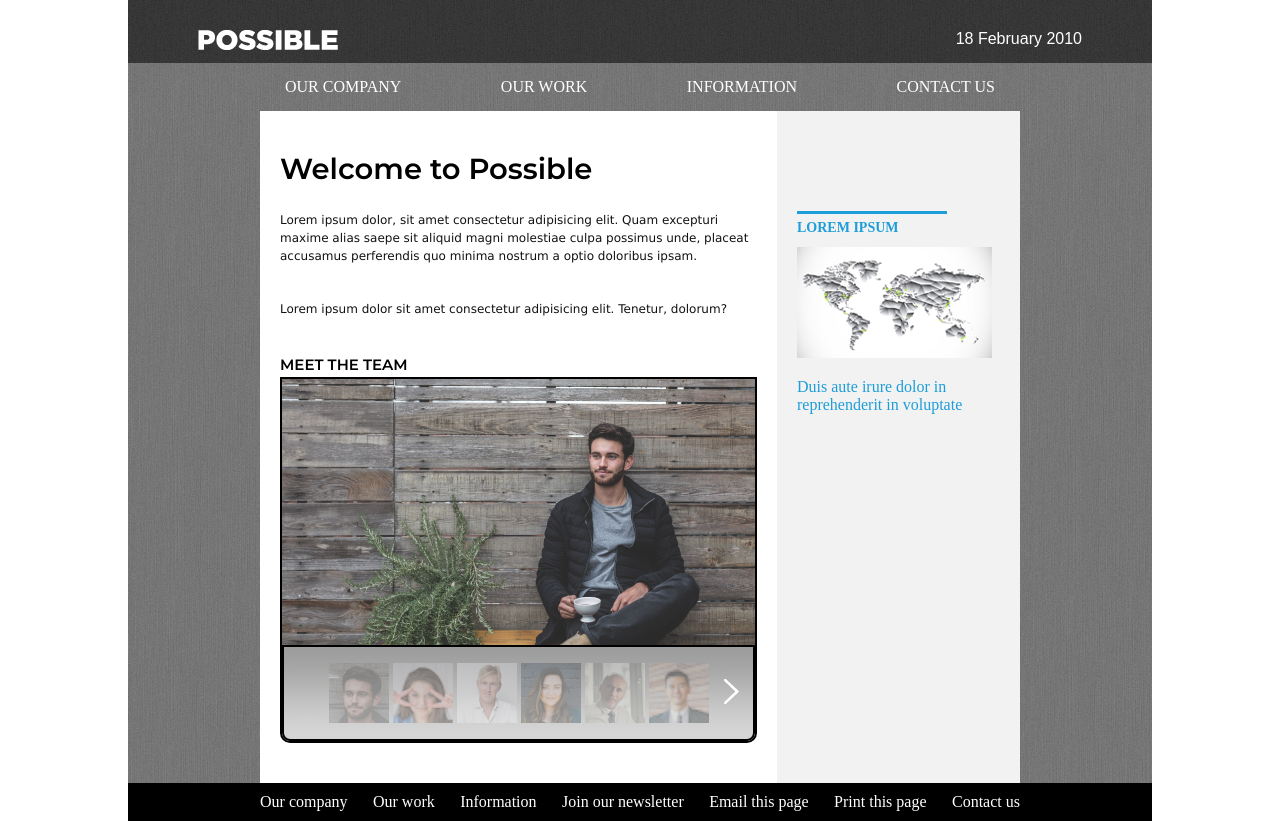
Repository: grzegorzgebala/possible-site
Page: index.html
These files come from the project's save history. The page is drawn as it stood at one moment and after the next save; the edit follows.
The browser window is 1280 px wide. The pictures show the whole page.
The style sheet was rebuilt from its Sass, Less or Tailwind sources for each picture, by a compiler version that may differ from the author's.

Above is the page before, as saved 2020-02-18 20:31:49.

After the next save:
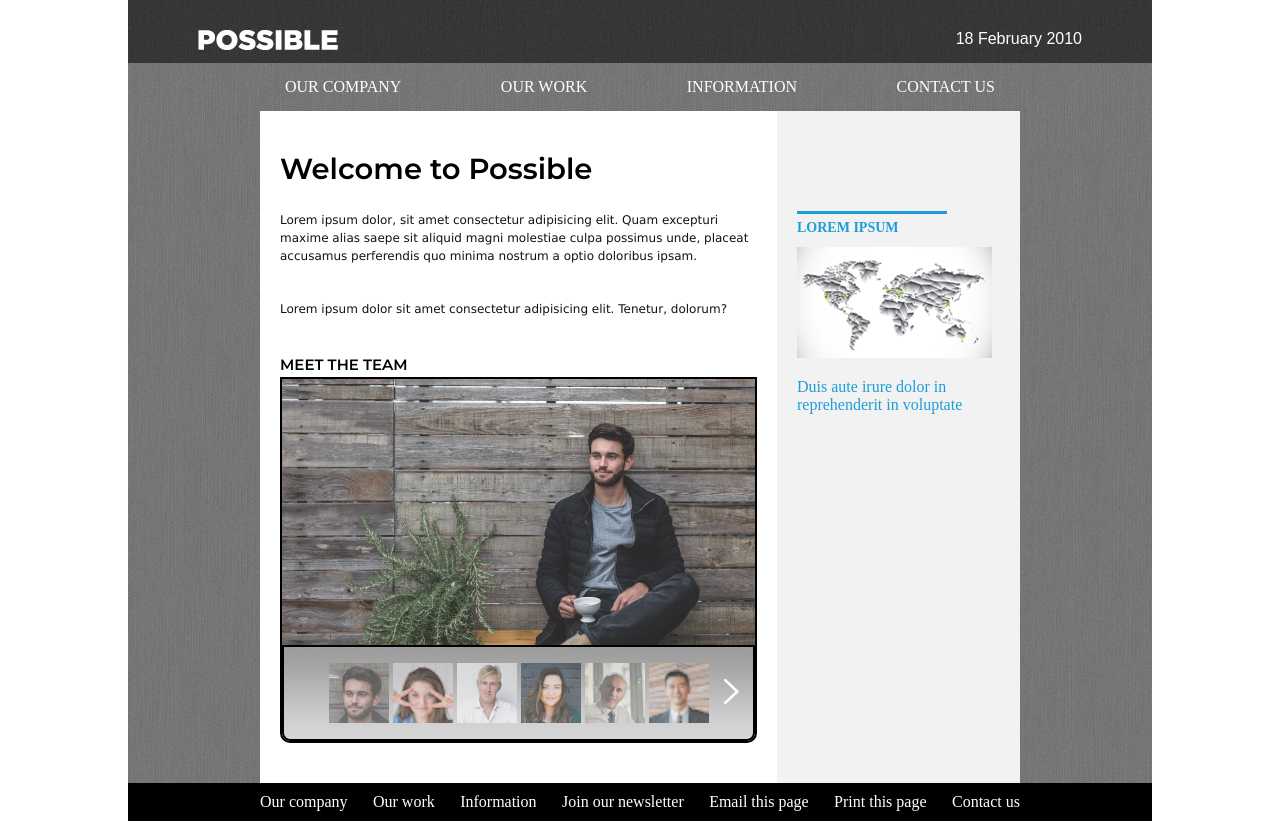
Saved 81 s later.
--- a/sass/style.scss
+++ b/sass/style.scss
@@ -180,7 +180,7 @@ header {
                     height: 100%;
                     z-index: 1;
                     background: black;
-                    opacity: .3;
+                    opacity: .6;
                 }
 
                 .activeImg {
